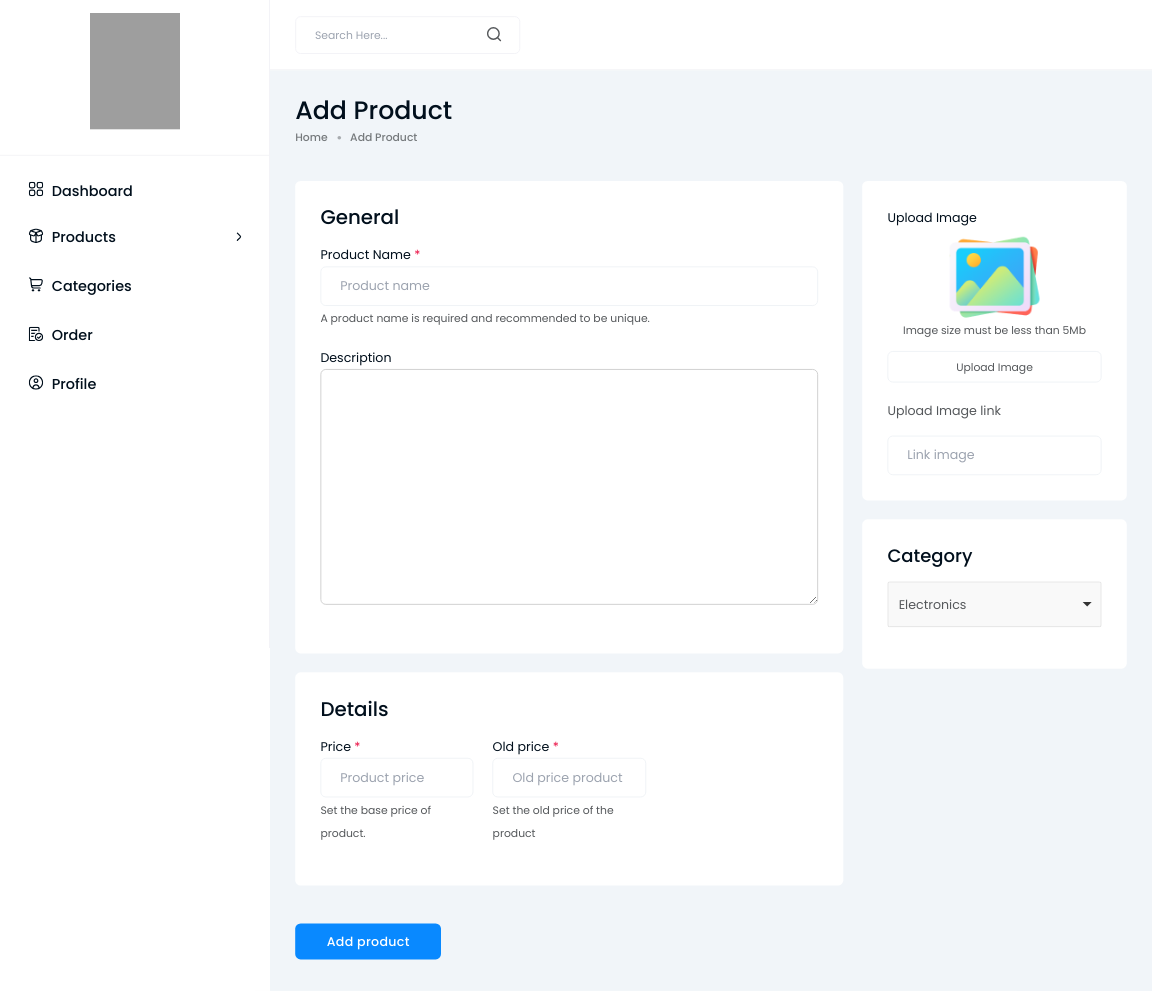
Repository: tienaq123/DuAn_1
Page: http://localhost/Duan1/Admin/add-product.php
An editor plug-in stored every save of this project. The page is shown before and after the next save, followed by the edit.
The browser window is 1280 px wide. The pictures show the whole page, at 90% of full size.
Pictures or frames that could not be fetched are drawn as grey boxes. The page is run by PHP 8.4 with error messages shown; the project is at /var/www/html/.

Above is the page before, as saved 2023-07-23 12:11:13.

After the next save:
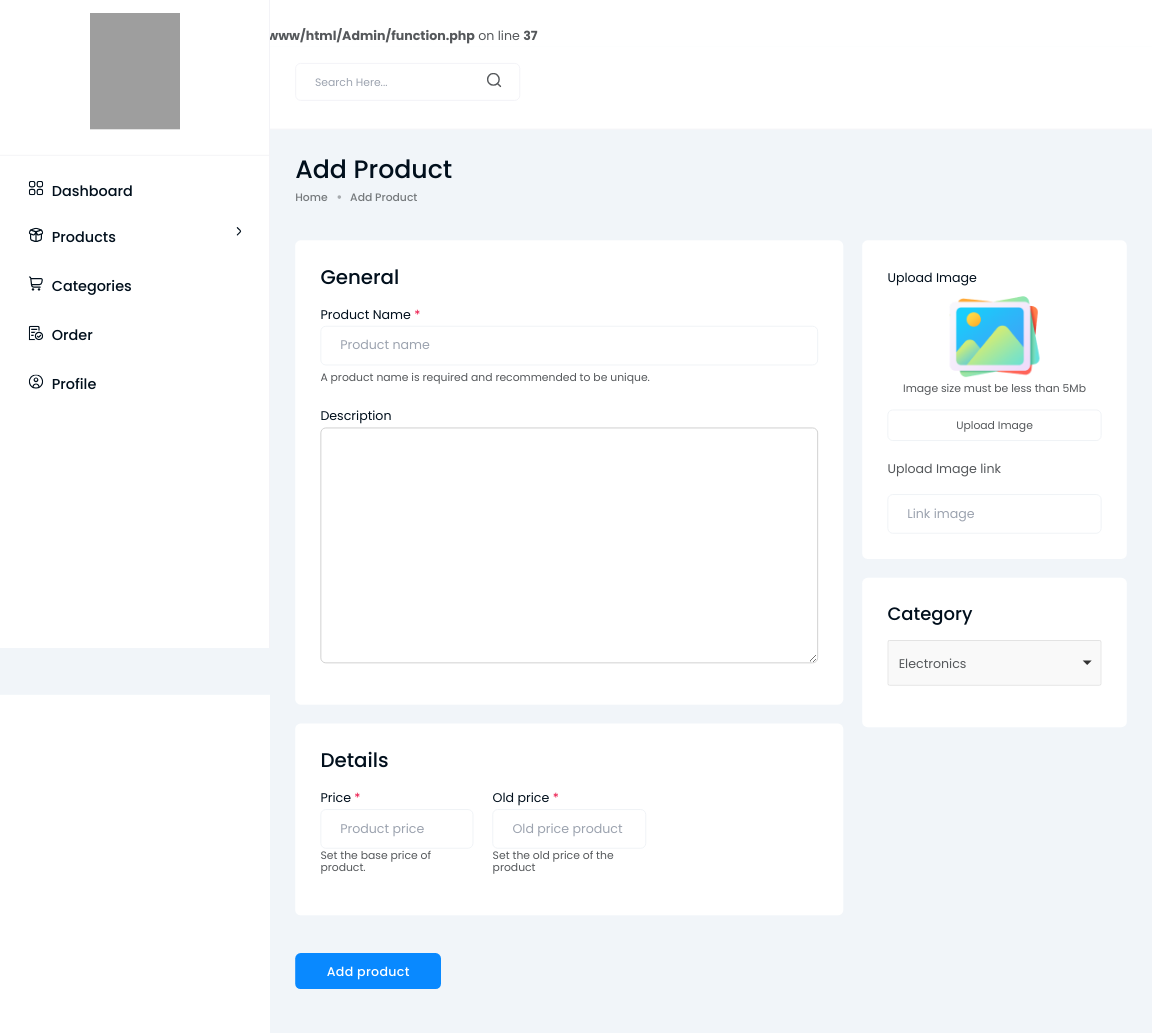
Saved 26 h 1 min later.
--- a/Admin/function.php
+++ b/Admin/function.php
@@ -30,34 +30,39 @@ function displayProducts($conn)
 
 // Hàm thêm sản phẩm mới
 function addProduct($conn, $productData)
+{
+    $title = $productData['product_name'];
+}
+$sql = "INSERT INTO Product (title)
+//             VALUES ('$title')";
 
-{
-    // Trích xuất thông tin sản phẩm từ dữ liệu post (gửi từ form)
-    $title = $productData['product_name'];
-    $description = $productData['description'];
-    $price = $productData['price'];
-    $old_price = $productData['old_price'];
-    $thumbnail = $productData['thumbnail'];
-    $category_id = $productData['category'];
-    // Thêm trường created_at vào dữ liệu post
-    $created_at = date('Y-m-d H:i:s'); // Lấy thời gian hiện tại
-    $productData['created_at'] = $created_at;
+// {
+//     // Trích xuất thông tin sản phẩm từ dữ liệu post (gửi từ form)
+//     $title = $productData['product_name'];
+//     $description = $productData['description'];
+//     $price = $productData['price'];
+//     $old_price = $productData['old_price'];
+//     $thumbnail = $productData['thumbnail'];
+//     $category_id = $productData['category'];
+//     // Thêm trường created_at vào dữ liệu post
+//     $created_at = date('Y-m-d H:i:s'); // Lấy thời gian hiện tại
+//     $productData['created_at'] = $created_at;
 
-    // Chuẩn bị truy vấn SQL để thêm sản phẩm vào bảng Product
-    $sql = "INSERT INTO Product (title, description, price, old_price, thumbnail, category_id, created_at)
-            VALUES ('$title', '$description', $price, $old_price, '$thumbnail', $category_id, $created_at)";
+//     // Chuẩn bị truy vấn SQL để thêm sản phẩm vào bảng Product
+//     $sql = "INSERT INTO Product (title, description, price, old_price, thumbnail, category_id, created_at)
+//             VALUES ('$title', '$description', $price, $old_price, '$thumbnail', $category_id, $created_at)";
 
-    // Thực thi truy vấn
-    if (mysqli_query($conn, $sql)) {
-        // Nếu thêm thành công, bạn có thể thêm mã xử lý để hiển thị thông báo hoặc chuyển hướng người dùng
-        echo "Thêm sản phẩm thành công!";
-        // Hoặc chuyển hướng về trang danh sách sản phẩm sau khi thêm thành công
-        // header("Location: http://localhost/Duan1/Admin/product.php");
-    } else {
-        // Nếu có lỗi xảy ra trong quá trình thêm, bạn có thể hiển thị thông báo hoặc xử lý lỗi ở đây
-        echo "Lỗi: " . mysqli_error($conn);
-    }
-}
+//     // Thực thi truy vấn
+//     if (mysqli_query($conn, $sql)) {
+//         // Nếu thêm thành công, bạn có thể thêm mã xử lý để hiển thị thông báo hoặc chuyển hướng người dùng
+//         echo "Thêm sản phẩm thành công!";
+//         // Hoặc chuyển hướng về trang danh sách sản phẩm sau khi thêm thành công
+//         // header("Location: http://localhost/Duan1/Admin/product.php");
+//     } else {
+//         // Nếu có lỗi xảy ra trong quá trình thêm, bạn có thể hiển thị thông báo hoặc xử lý lỗi ở đây
+//         echo "Lỗi: " . mysqli_error($conn);
+//     }
+// }
 
 // Hàm sửa thông tin sản phẩm
 function editProduct($conn, $product_id, $category_id, $title, $price, $old_price, $thumbnail, $description)
